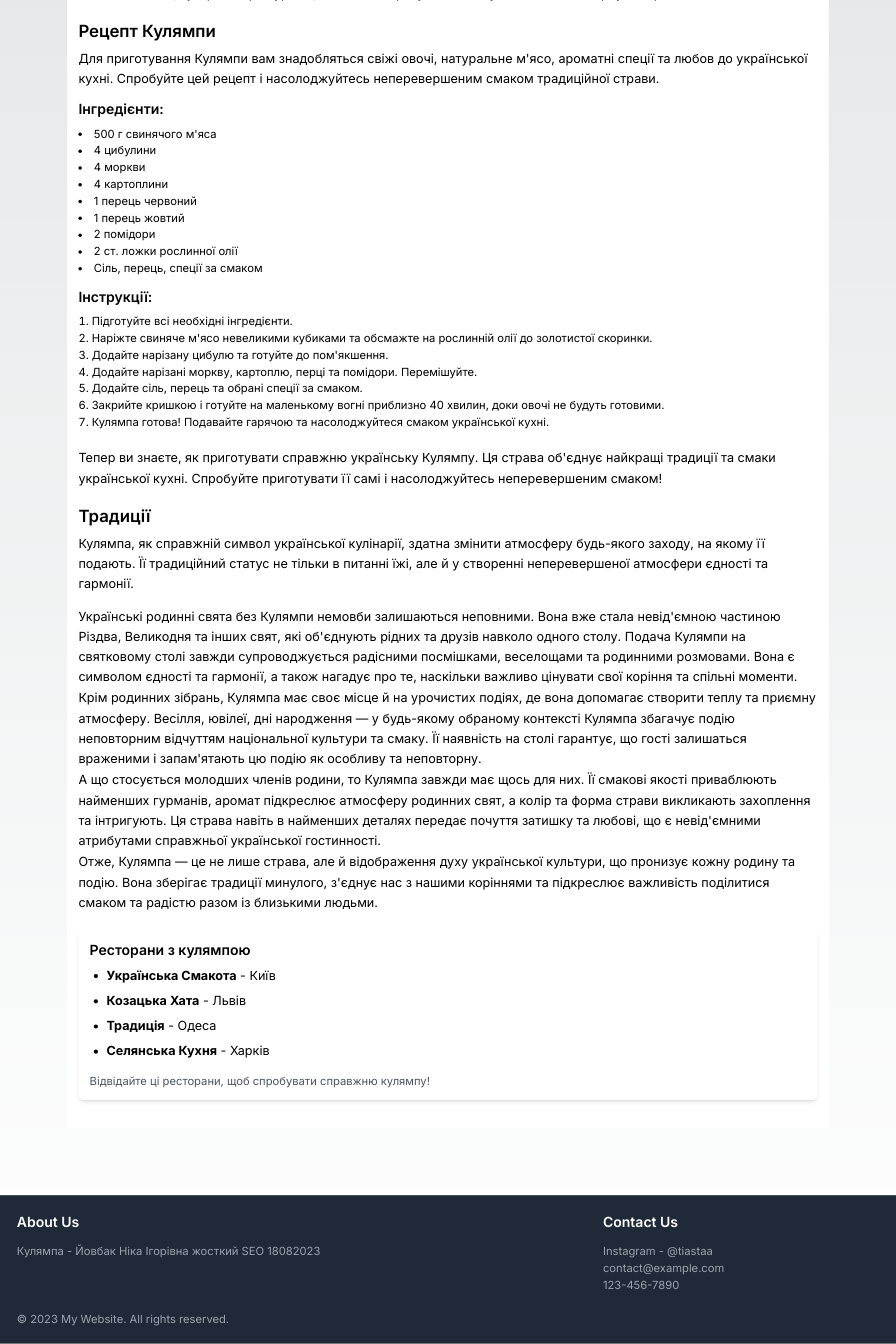
Repository: nika-otter/Kulyampa
Page: /
The author's editor kept a copy of each file at every save. The page is drawn from the files as they stood at one save, then again after the next save.
The browser window is 1280 px wide. The pictures show the part of the page from y = 1288 to 3208 px (the page is 3208 px tall), at 70% of full size.
The project was rebuilt for these pictures with package versions that can differ from the ones it lists, and the page was loaded fresh each time. The framework's server and built-in components were replaced by stand-ins that run in the browser. Also part of the build but not shown: next.config.js.

Above is the page before, as saved 2023-08-20 22:49:20.

After the next save:
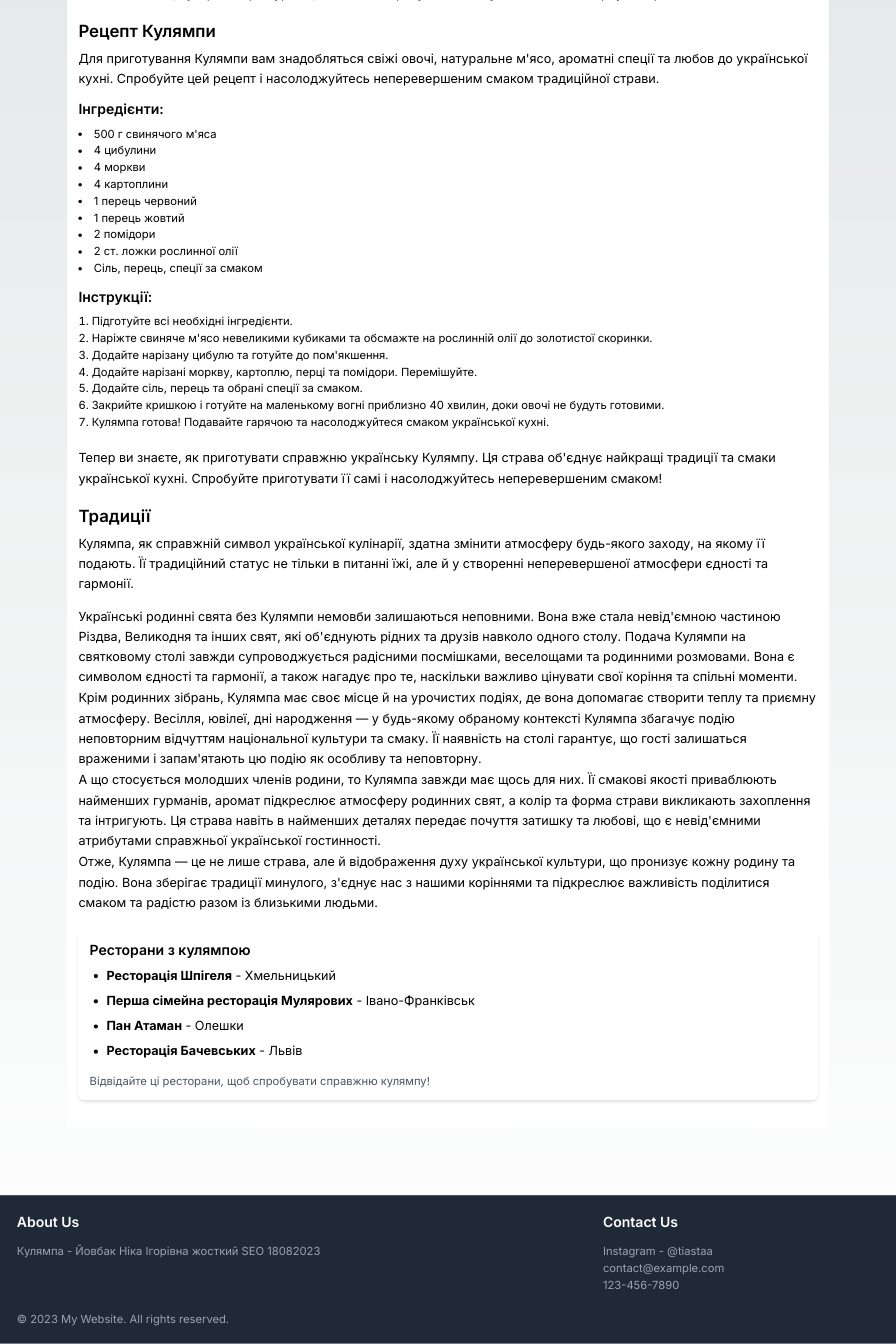
Saved 5 min 1 s later.
--- a/components/Kulyampa.tsx
+++ b/components/Kulyampa.tsx
@@ -4,25 +4,26 @@ import React from 'react'
 const Kulyampa = () => {
 
 const restaurants = [
+
     {
-      name: "Українська Смакота",
-      location: "Київ",
-      href: "https://ukrainian-taste.com/",
+      name: "Ресторація Шпігеля",
+      location: "Хмельницький",
+      href: "https://spigel.km.ua/",
     },
     {
-      name: "Козацька Хата",
-      location: "Львів",
-      href: "https://kozatskahata.com/",
+      name: "Перша сімейна ресторація Мулярових",
+      location: "Івано-Франківськ",
+      href: "https://muliarova.if.ua/",
     },
     {
-      name: "Традиція",
-      location: "Одеса",
-      href: "https://tradition.com.ua/",
+      name: "Пан Атаман",
+      location: "Олешки",
+      href: "https://www.facebook.com/pan.ataman.kherson/?locale=ru_RU",
     },
     {
-      name: "Селянська Кухня",
-      location: "Харків",
-      href: "https://selianska-kukhnia.com/",
+      name: "Ресторація Бачевських",
+      location: "Львів",
+      href: "https://baczewski.com.ua/",
     },
   ];
 
